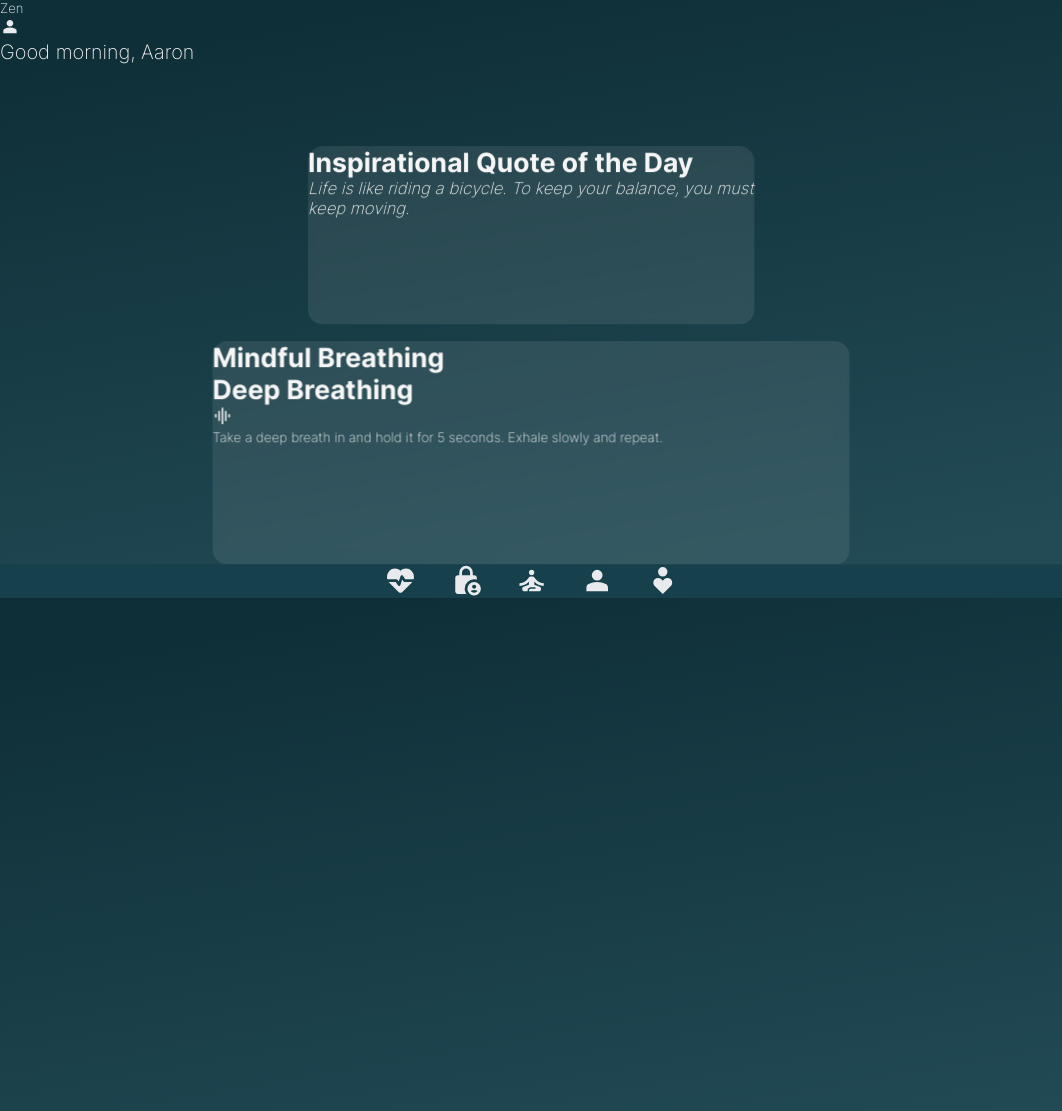
Repository: aaronw-dev/Zen
Page: dashboard.html
The author's editor kept a copy of each file at every save. The page is drawn from the files as they stood at one save, then again after a run of saves.
The browser window is 1280 px wide. The pictures show the whole page, at 83% of full size.

Above is the page before, as saved 2024-06-08 14:10:18.

### dashboard.html
<!DOCTYPE html>
<html lang="en">

<head>
    <meta charset="UTF-8">
    <meta name="viewport" content="width=device-width, initial-scale=1.0">
    <title>Zen</title>
    <link rel="stylesheet" href="../static/colors.css">
    <link rel="stylesheet" href="../static/style.css">
</head>

<body>
    <div class="header">
        <logo src="../static/icons/crisis.svg">
        <span class="header-name">Zen</span>
    </div>
    <div class="profile-image">
        <img src="../static/icons/profile.svg">
        <h2>Good morning, Aaron</h2>
    </div>

    <div class="features">
        <div class="inspirational_quote">
            <h2 class="section-title">Inspirational Quote of the Day</h2>
            <p class="quote">Life is like riding a bicycle. To keep your balance, you must keep moving.</p>
        </div>
        <div class="mindful_breathing">

            <h2 class="section-title">Mindful Breathing</h2>
            <div class="mindful-audio">
                <h3 class="section-title">Deep Breathing</h3>
                <span class="audio-icon"><img src="../static/icons/audio.svg"></span>
            </div>

            <p>Take a deep breath in and hold it for 5 seconds. Exhale slowly and repeat.</p>
        </div>
    </div>
    <div class="bottom-icons">
        <img src="../static/icons/crisis.svg">
        <img src="../static/icons/journal.svg">
        <img src="../static/icons/meditate.svg">
        <img src="../static/icons/profile.svg">
        <img src="../static/icons/counselling.svg">
    </div>
</body>

</html>

### static/colors.css
:root {
    --text: #F6F6F6;
    --buttons: #0F2F38;
    --radial-bg: radial-gradient(89.12% 42.87% at 50.08% 50.93%, #2B606F 0%, #0D3642 100%);
    --linear-bg: linear-gradient(170deg, #0F2F38 9.2%, #224B56 91.67%);
}

### static/style.css
@font-face {
    font-family: Inter;
    src: url("./font/Inter-Bold.ttf");
    font-weight: bold;
}

@font-face {
    font-family: Inter;
    src: url("./font/Inter-ExtraLight.ttf");
    font-weight: lighter;
}

html {
    height: 100%;
}

body {
    background: radial-gradient(89.12% 42.87% at 50.08% 50.93%, #2B606F 0%, #0D3642 100%);
    width: 603px;
    height: 1339px;
    margin: 0;
    background-repeat: no-repeat;
    background-attachment: fixed;
    background: var(--linear-bg);
}

* {
    font-family: Inter;
    color: var(--text);
    font-weight: lighter;
}

h1,
h2,
h3,
h4,
h5,
h6,
p {
    margin-top: 0;
    margin-bottom: 0;
}

.hero {
    position: absolute;
    left: 50%;
    transform: translateX(-50%);
    margin: auto;
    width: 40%;
    display: flex;
    flex-direction: column;
    align-items: center;
    top: 70px;
}

.hero img {
    width: 100%;
}

.hero-name {
    font-size: 60px;
}

.tagline {
    display: flex;
    flex-direction: column;
    align-items: center;
    line-height: 0.85;
    position: absolute;
    top: 50%;
    left: 50%;
    transform: translate(-50%, -50%);
    width: max-content;
}

.tagline span:nth-child(1) {
    font-weight: bold;
    font-size: 3.5em;
}

.tagline span:nth-child(2) {
    font-weight: lighter;
    font-size: 3.2em;
}

.action-buttons {
    display: flex;
    flex-direction: column;
    align-items: center;
    width: 60%;
    position: absolute;
    bottom: 40px;
    gap: 20px;
    left: 50%;
    transform: translateX(-50%);
}
.features {
    display: flex;
    flex-direction: column;
    align-items: center;
    height: 70%;
    width: 60%;
    position: absolute;
    bottom: 40px;
    gap: 20px;
    left: 50%;
    transform: translateX(-50%);
}
.action-buttons button {
    width: 100%;
    padding: 5px 30px;
    font-size: 25px;
    border: none;
    background-color: var(--buttons);
    border-radius: 15px;
}

.inspirational_quote{

    width: 538px;
    height: 215px;
    flex-shrink: 0;
    border-radius: 18px;
    background: rgba(220, 220, 220, 0.11);
    backdrop-filter: blur(4.449999809265137px);

}
.inspirational_quote p{
    font-size: 20px;
}
.mindful_breathing{
    width: 100%;
    height: 100%;
    background: rgba(219.94, 219.94, 219.94, 0.11); border-radius: 18px;
    backdrop-filter: blur(8.90px);
}

.bottom-icons {
    height: 40px;
    background: #16404B;
    display: flex;
    justify-content: center;
    position: absolute;
    bottom: 0px;
    width: 100%;
    gap: 40px;
}
.bottom-icons img{
    height: 39px;
    margin-bottom: 100px;
}
.header{
    display: flex;
    align-items: center;
}
.header img {
    margin-right: auto;
}
.header-name {
    margin-left: auto;
}

.section-title{
    color: #F6F6F6;
    font-family: Inter;
    font-size: 32px;
    font-style: normal;
    font-weight: 700;
    line-height: normal;
}
.section-title h3{
    color: #F6F6F6;
    font-family: Inter;
    font-size: 24px;
    font-style: normal;
    font-weight: 700;
    line-height: normal;
}
.quote{
    color: #F6F6F6;
    font-family: Inter;
    font-size: 28px;
    font-style: italic;
    font-weight: 200;
    line-height: normal;
}

After the next 2 saves:
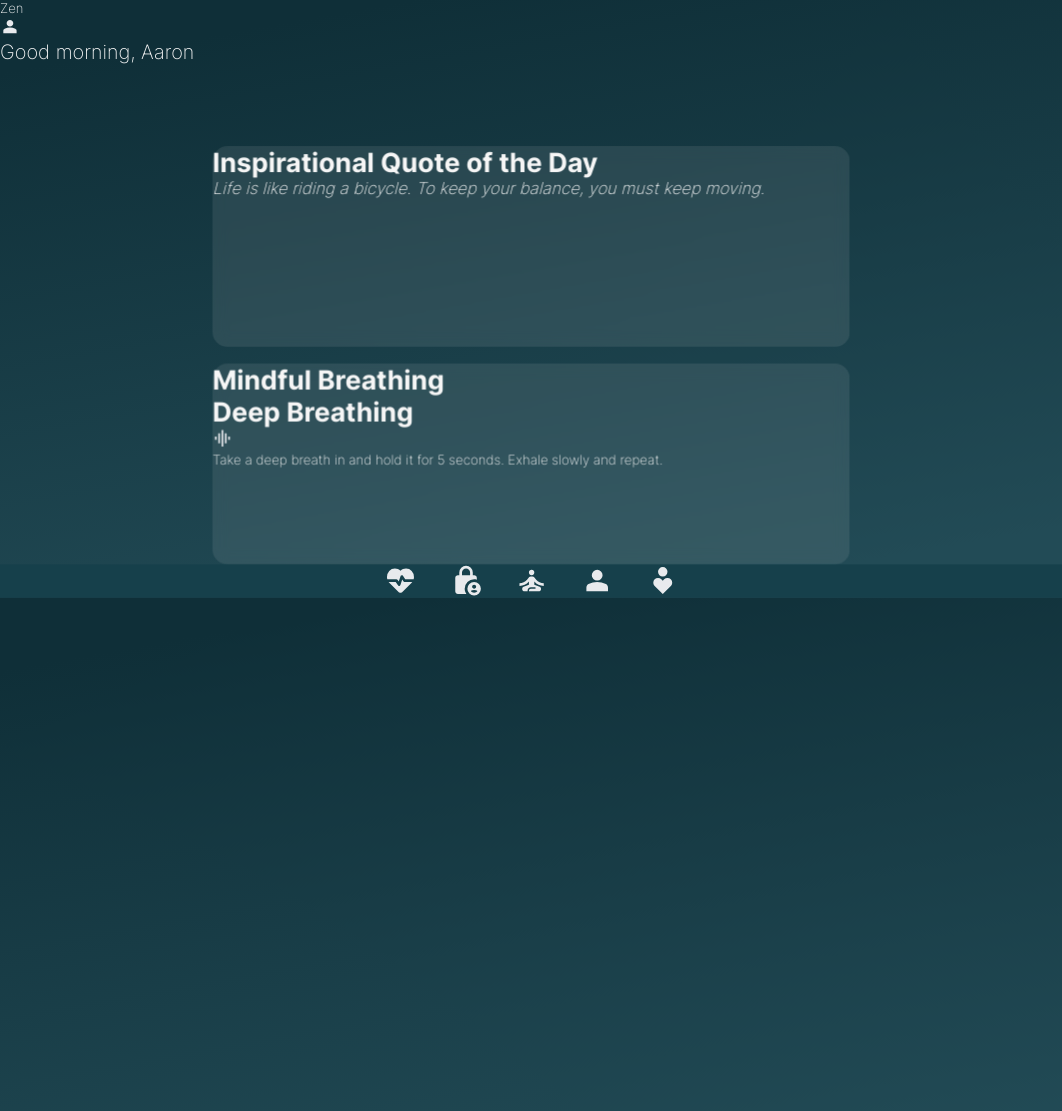
The 2 saves are shown as one change because they came seconds apart.
The last was saved 10 s later.
--- a/static/style.css
+++ b/static/style.css
@@ -116,13 +116,10 @@ p {
 }
 
 .inspirational_quote{
-
-    width: 538px;
-    height: 215px;
-    flex-shrink: 0;
-    border-radius: 18px;
-    background: rgba(220, 220, 220, 0.11);
-    backdrop-filter: blur(4.449999809265137px);
+    width: 100%;
+    height: 100%;
+    background: rgba(219.94, 219.94, 219.94, 0.11); border-radius: 18px;
+    backdrop-filter: blur(8.90px);
 
 }
 .inspirational_quote p{
@@ -147,7 +144,7 @@ p {
 }
 .bottom-icons img{
     height: 39px;
-    margin-bottom: 100px;
+    padding-bottom: 10px;
 }
 .header{
     display: flex;
